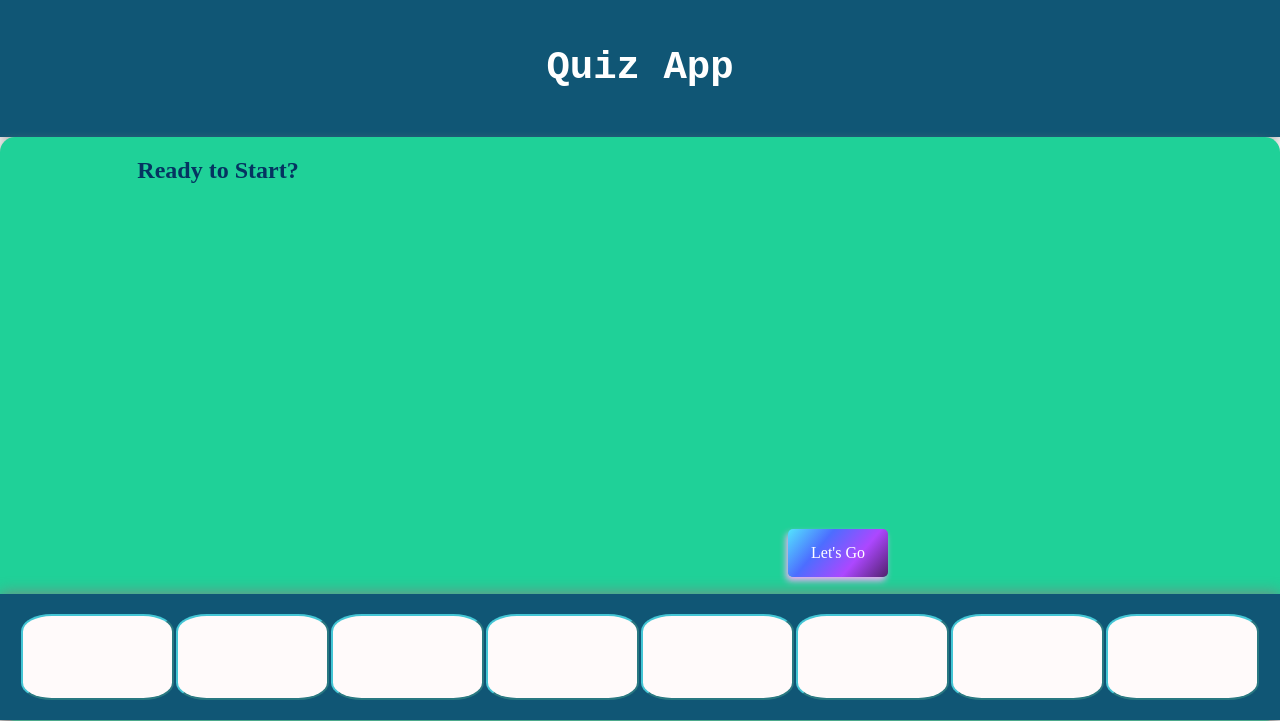
Repository: tpic12/quiz_app
Page: index.html
These files come from the project's save history. The page is drawn as it stood at one moment and after the next save; the edit follows.
The browser window is 1280 px wide. The pictures show the whole page.

Above is the page before, as saved 2019-12-28 15:55:24.

After the next save:
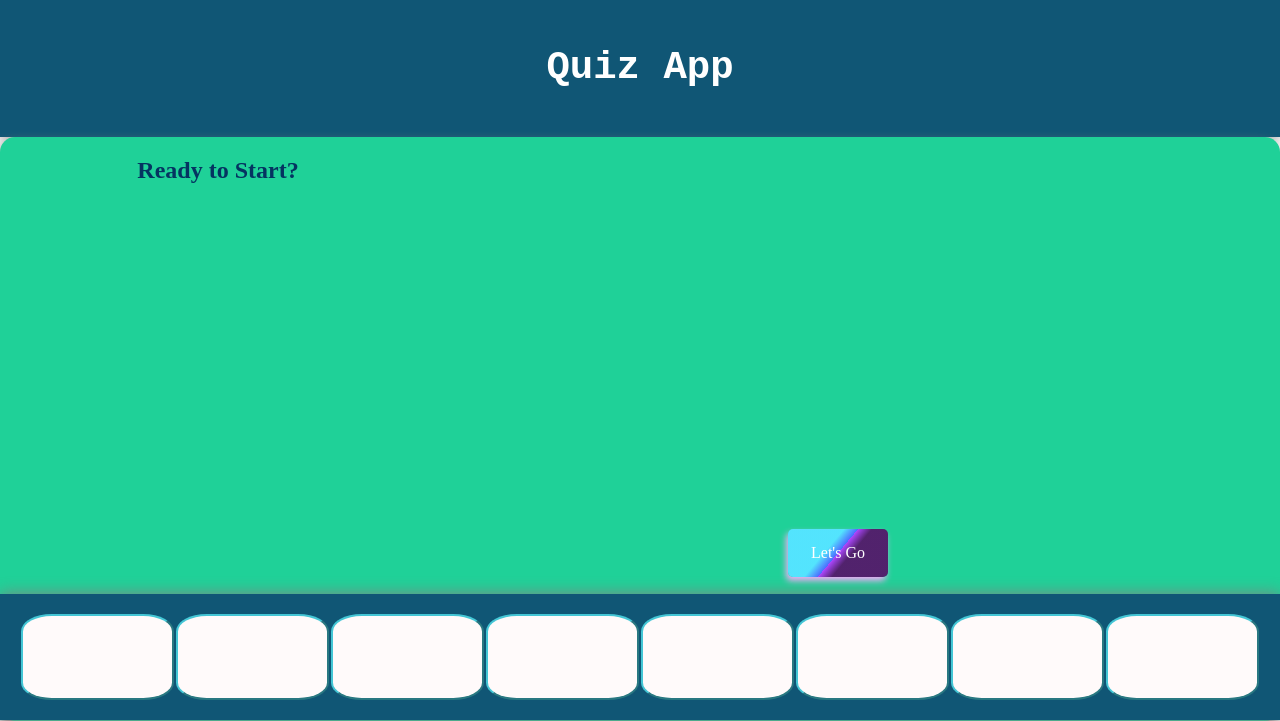
Saved 28 s later.
--- a/app.css
+++ b/app.css
@@ -49,10 +49,10 @@ button {
   margin-bottom: 10%;
   background: linear-gradient(
     130deg,
-    hsl(189, 98%, 66%),
-    hsl(229, 100%, 65%),
-    hsl(273, 100%, 64%),
-    hsl(278, 52%, 28%)
+    hsl(189, 98%, 66%) 40%,
+    hsl(229, 100%, 65%) 50%,
+    hsl(273, 100%, 64%) 50%,
+    hsl(278, 52%, 28%) 60%
   );
   border: none;
   max-width: 130px;
